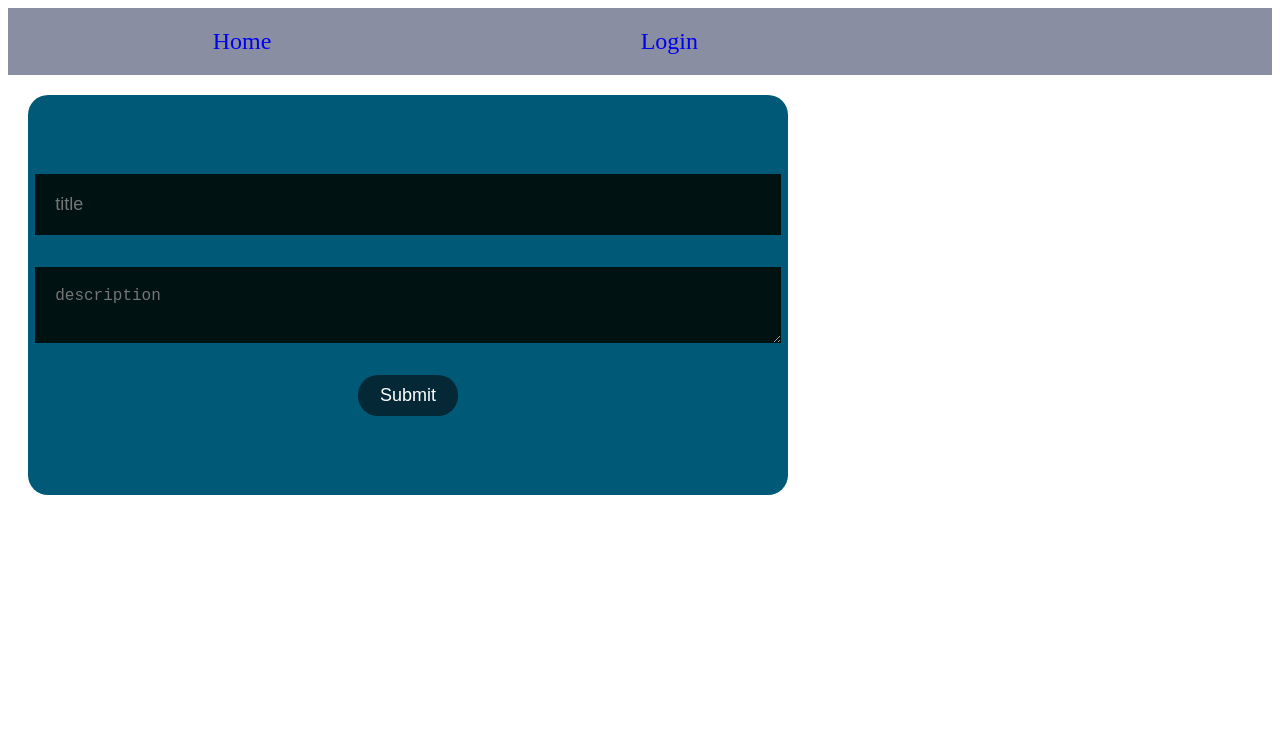
Repository: albinsabu2023/postapp
Page: /createpost
An editor plug-in stored every save of this project. The page is shown before and after the next save, followed by the edit.
The browser window is 1280 px wide. The pictures show the whole page.
The project was rebuilt for these pictures with package versions that can differ from the ones it lists, and the page was loaded fresh each time. Also part of the build but not shown: src/index.css, src/Components/main/PostCard.css, src/Components/main/PostCard.tsx, src/Components/main/Home.css, src/Components/main/Home.tsx, src/Components/Login.tsx.

Above is the page before, as saved 2024-02-06 03:23:36.

### src/index.tsx
import React from 'react';
import ReactDOM from 'react-dom/client';
import "./index.css"
import App from './App';

const root = ReactDOM.createRoot(
  document.getElementById('root') as HTMLElement
);
root.render(
  <React.StrictMode>
    <App />
  </React.StrictMode>
);

### src/App.tsx
import  {BrowserRouter as Router,Routes,Route} from "react-router-dom"
import './App.css';
import Home from "./Components/main/Home";
import Login from "./Components/Login";
import Navbar from "./Components/Navbar";
import CreatePosts from "./create-post/CreatePosts";


function App() {
  return (
    <div className="App">
      <Router>
         <Navbar/>
        <Routes>
          <Route path ="/" element={<Home/>}/>
          <Route path="/login" element={<Login/>}/>
          <Route path="/createpost" element={<CreatePosts/>}/>
        </Routes>
      </Router>
    </div>
  );
}

export default App;

### src/App.css
.App{

  height: 100vh;

}

### src/Components/Navbar.tsx

import { Link } from 'react-router-dom'
import  "./Navbar.css"
import {auth } from  "../config/firebase"
import { useAuthState } from 'react-firebase-hooks/auth'
import { signOut } from 'firebase/auth'
function Navbar() {
    const  [user] =useAuthState(auth);
    const signUserOut =async ()=>{
        await signOut(auth);
    }
  return (
    <div className="navContainer">
        <Link to ="/">Home</Link>

        {
            !user ?
            <Link to ="Login">Login</Link> :
            <Link to ="/createpost">CreatePost</Link>
        }
        <div>
            {user&&
            <>
            <p>{user?.displayName}</p>
            <img src={user?.photoURL|| "" } alt="" width="30" height="30"
            />
            <button onClick={signUserOut}>Logout</button>
            </>
            }
        </div>


    </div>
  )
}

export default Navbar

### src/create-post/CreatePosts.tsx
import React from 'react'
import CreateForm from './CreateForm'
import "./CreatePost.css"
function CreatePosts() {



  return (
    <div  className="formContainer">
        <CreateForm />

    </div>
  )
}

export default CreatePosts

### src/config/firebase.ts
// Import the functions you need from the SDKs you need
import { initializeApp } from "firebase/app";
import {getAuth,GoogleAuthProvider} from "firebase/auth"
// Your web app's Firebase configuration
import {getFirestore} from "firebase/firestore"
const firebaseConfig = {
  apiKey: "AIzaSyAXzQPkCsYKttYouVkFv4r2aLbj-85i5zE",
  authDomain: "react-course-dd6fc.firebaseapp.com",
  projectId: "react-course-dd6fc",
  storageBucket: "react-course-dd6fc.appspot.com",
  messagingSenderId: "692642929267",
  appId: "1:692642929267:web:22ba5d27ba69920755e806"
};
// Initialize Firebase
const app = initializeApp(firebaseConfig);
export const auth=getAuth(app);
export const provider = new GoogleAuthProvider();
export const db =getFirestore(app)

### src/Components/Navbar.css
.navContainer{
    display: flex;
    align-items: center;
    justify-content: space-around;
    background-color: rgb(138, 142, 162);
    padding: 20px;



}
.navContainer :link{
    text-decoration:none;
    text-decoration-color: rgb(128, 127, 127);
    font-size: x-large;

}

### src/create-post/CreateForm.tsx
import React from 'react'
import "./CreateForm.css"
import  {useForm} from "react-hook-form"
import * as yup from "yup"
import {yupResolver} from "@hookform/resolvers/yup"
import {auth,db} from "../config/firebase"
import { useAuthState } from 'react-firebase-hooks/auth'
import { addDoc,collection } from 'firebase/firestore'
import { useNavigate } from 'react-router-dom'
interface CreateFormData {
  title:string,
  description:string,

}
function CreateForm() {
  const navigate =useNavigate();
  const [user]=useAuthState(auth);
  const schema =yup.object().shape({
    title:yup.string().required("hei enter title"),
    description:yup.string().required("enter the description"),


  })
  const postRef =collection (db,"posts");

  const  {register,handleSubmit,formState:{errors}}=useForm<CreateFormData>({
     resolver :yupResolver(schema),
  })
  const createpost =async (data:CreateFormData)=>{
    await addDoc(postRef,{
      title:data.title,
      description:data.description,
      username :user?.displayName ,
      userId:user?.uid
    })
    navigate("/");

  }
  return (
    <form onSubmit ={handleSubmit(createpost)}>
      <input placeholder='title' {...register("title")}/>
      <p className="warning">{errors.title?.message}</p>
      <textarea placeholder='description' maxLength={60} {...register("description")}/>
      <p className='warning'>{errors.description?.message}</p>
      <input  className='submitButton' type="submit" />

    </form>
  )
}

export default CreateForm

### src/create-post/CreatePost.css
.formContainer{
   display:flex;
   align-items: center;
   justify-content: center;
   max-width: 800px;
}

### src/create-post/CreateForm.css
form{
    display: flex;
    flex-direction:column;
    padding: 20px;
    background-color: rgb(0, 89, 118);
    align-items: center;
    justify-content: center;
    margin: 20px;
    border-radius: 20px;
    width: 80vw;
    height: 50vh;
    overflow: hidden;
}
form input,textarea{
    background-color: rgb(0, 18, 18);
    padding: 20px;

    width: 98%;
    color: white;
    font-size: large;
    border: none;

}

form input,textarea:focus {
    outline:none
}
.submitButton{
    background-color:rgb(5, 40, 55);
    border-radius: 20px;
    width: 100px;
    cursor: pointer;
    padding: 10px;


}
.submitButton:hover {
    background-color: rgb(1, 4, 6);
    border-radius: 20px;
    width: 100px;
    cursor: pointer;


}

Loaded but not shown: public/index.html (common file)

After the next save:
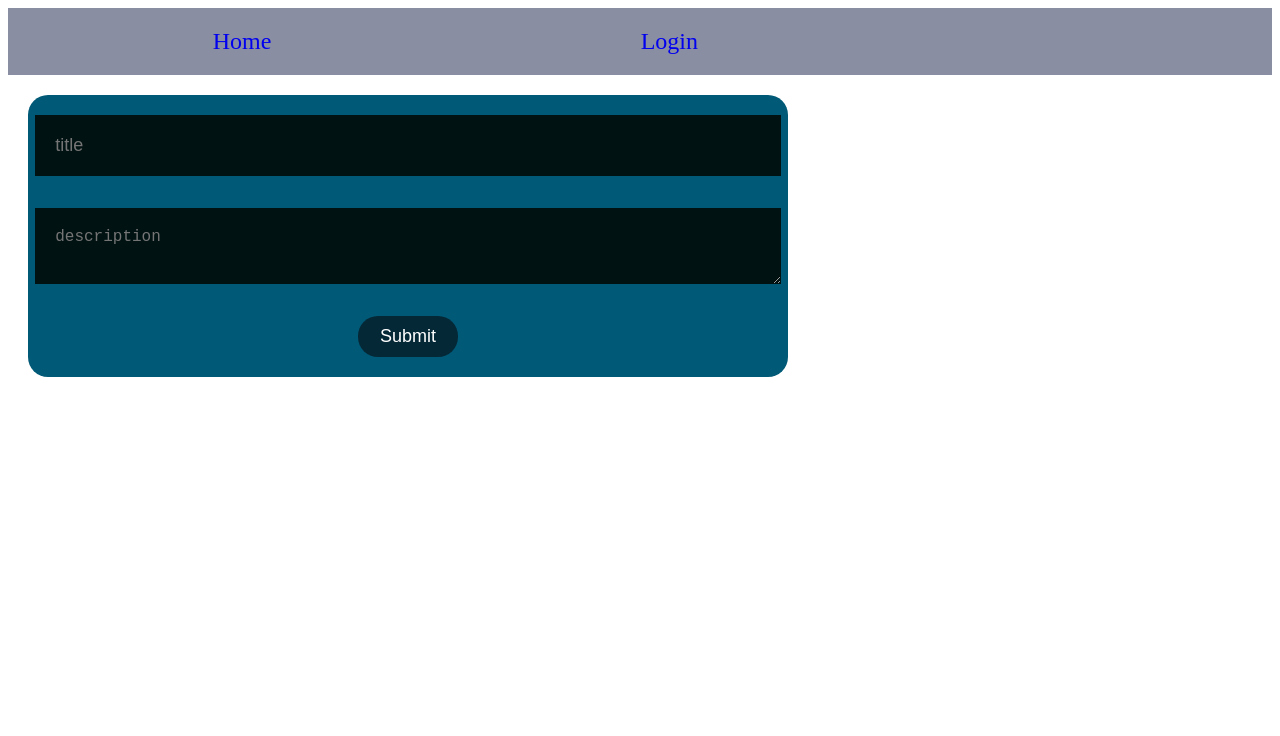
Saved 19 s later.
--- a/src/create-post/CreateForm.css
+++ b/src/create-post/CreateForm.css
@@ -8,7 +8,7 @@ form{
     margin: 20px;
     border-radius: 20px;
     width: 80vw;
-    height: 50vh;
+
     overflow: hidden;
 }
 form input,textarea{
